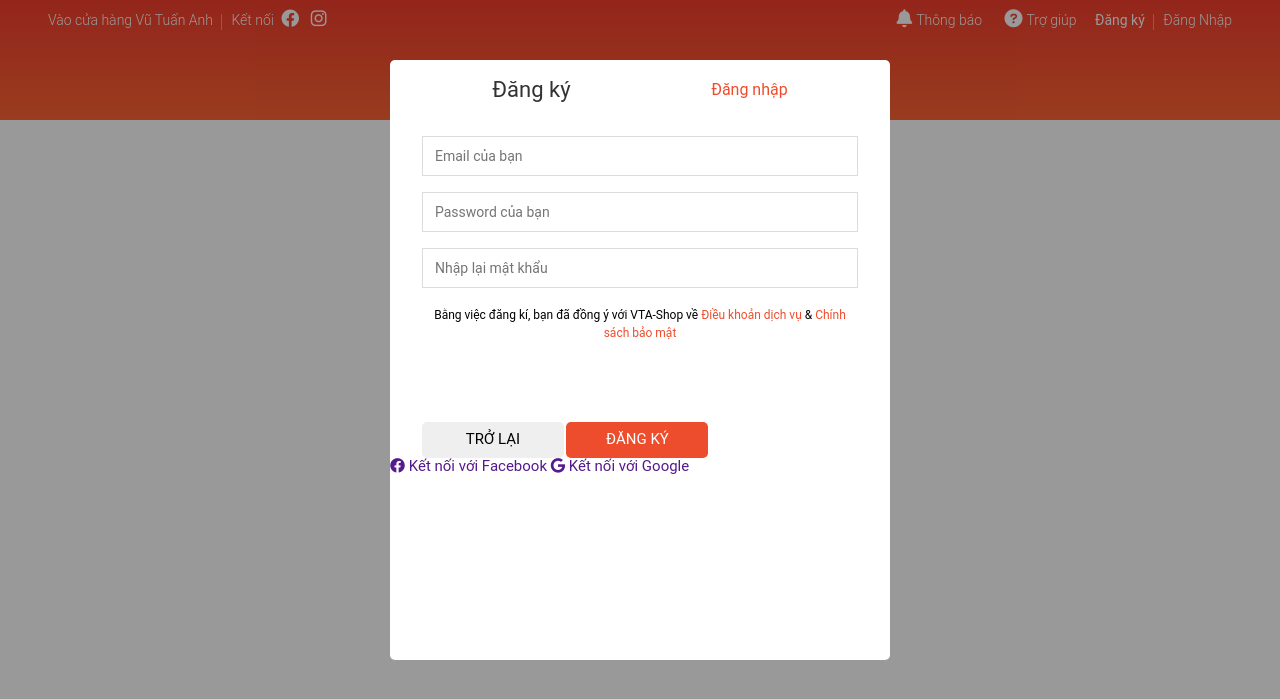
Repository: VuTuanAnh0949/Shopee
Page: index.html
An editor plug-in stored every save of this project. The page is shown before and after the next save, followed by the edit.
The browser window is 1280 px wide. The pictures show the whole page.

Above is the page before, as saved 2022-02-15 09:16:28.

### index.html
<!DOCTYPE html>
<html lang="en">

<head>
    <meta charset="UTF-8" />
    <meta http-equiv="X-UA-Compatible" content="IE=edge" />
    <meta name="viewport" content="width=device-width, initial-scale=1.0" />
    <title>Shopee</title>
    <link rel="stylesheet" href="https://cdnjs.cloudflare.com/ajax/libs/normalize/8.0.1/normalize.min.css" />
    <link rel="stylesheet" href="./assets/css/base.css" />
    <link rel="stylesheet" href="./assets/css/main.css" />
    <link rel="stylesheet" href="./assets/fonts/fontawesome-free-6.0.0-web/css/all.min.css">
    <link rel="stylesheet" href="https://fonts.googleapis.com/css?family-Roboto:300, 400, 500,78
0&display=swap&subset=vietnamese" rel="stylesheet" />

</head>

<body>
    <!-- Block Element Modifier -->
    <div class="app">
        <header class="header">
            <div class="grid">
                <nav class="header__navbar">
                    <ul class="header__navbar-list">
                        <li class="header__navbar-item header__navbar-item--has-qr header__navbar-item--separate">Vào cửa hàng Vũ Tuấn Anh
                            <div class="header__qr">
                                <img src="./assets/img/QR_code.png" alt="QR Code" class="header__qr-img">
                                <div class="header__qr-apps">
                                    <a href="" class="header__qr-link"><img src="./assets/img/Google_Play.png" alt="Google Play" class="header__qr-dowload-img">
                                    </a>
                                    <img src="./assets/img/App_store.png" alt="App Store" class="header__qr-dowload-img">
                                </div>
                            </div>
                        </li>
                        <li class="header__navbar-item">
                            <span class="header__navbar-title--no-pointer">Kết nối</span>
                            <a href="" class="header__navbar-icon-link"><i class="header__navbar-icon fa-brands fa-facebook"></i></a>
                            <a href="" class="header__navbar-icon-link"><i class="header__navbar-icon fa-brands fa-instagram"></i></a>
                        </li>
                    </ul>

                    <ul class="header__navbar-list">
                        <li class="header__navbar-item header__navbar-item--has-notification">
                            <a href="" class="header__navbar-item-link"><i class="header__navbar-icon fa-solid fa-bell"></i>Thông báo</a>
                            <div class="header__notification">
                                <header class="header__notification-header">
                                    <h3>Thông báo mới nhận</h3>
                                </header>
                                <ul class="header__notification-list">
                                    <li class="header__notification-item header__notification-viewed">
                                        <a href="" class="header__notification-link">
                                            <img src="https://cf.shopee.vn/file/a2344384834f0903b232953bf8e1d283_tn" alt="" class="header__notification-img">
                                            <div class="header__notification-info">
                                                <span class="header__notification-name">Bàn Phím cơ chính hãng K400-Đen</span>
                                                <span class="header__notification-descriotion">Bàn phím cơ máy tính gaming K550 Pro full Led 7 chế độ hiệu ứng là mẫu bàn phím phù hợp cho văn phòng và game thủ</span>
                                            </div>
                                        </a>
                                    </li>
                                    <li class="header__notification-item">
                                        <a href="" class="header__notification-link">
                                            <img src="https://cf.shopee.vn/file/fbd0d6cd59ae0c260cbdd8d2bdccbe06_tn" alt="" class="header__notification-img">
                                            <div class="header__notification-info">
                                                <span class="header__notification-name">Bàn phím cơ chính hãng K400-Trắng xanh 1</span>
                                                <span class="header__notification-descriotion">Bàn phím cơ máy tính gaming K550 Pro full Led 7 chế độ hiệu ứng là mẫu bàn phím phù hợp cho văn phòng và game thủ</span>
                                            </div>
                                        </a>
                                    </li>
                                    <li class="header__notification-item ">
                                        <a href="" class="header__notification-link">
                                            <img src="https://cf.shopee.vn/file/26989c24e549299dcfb324055082c553" alt="" class="header__notification-img">
                                            <div class="header__notification-info">
                                                <span class="header__notification-name">Bàn phím cơ chính hãng K400-Trắng xanh 2</span>
                                                <span class="header__notification-descriotion">>Bàn phím cơ máy tính gaming K550 Pro full Led 7 chế độ hiệu ứng là mẫu bàn phím phù hợp cho văn phòng và game thủ</span>
                                            </div>
                                        </a>
                                    </li>
                                </ul>
                                <div class="footer header__notification-footer">
                                    <a href="" class="header__notification-footer-btn">Xem tất cả</a>


                                </div>
                            </div>
                        </li>
                        <li class="header__navbar-item">
                            <a href="" class="header__navbar-item-link"><i class="header__navbar-icon fa-solid fa-circle-question"></i>Trợ giúp</a>
                        </li>
                        <li class="header__navbar-item header__navbar-item--strong header__navbar-item--separate">Đăng ký</li>
                        <li class="header__navbar-item header__navbar-ite--strong"> Đăng Nhập</li>
                    </ul>
                </nav>
            </div>
        </header>
        <div class="container">

        </div>
        <footer class="footer">

        </footer>
    </div>
    <!-- Modal layout -->
    <div class="modal">
        <div class="modal__overlay"></div>

        <div class="modal__body">

            <!-- Authen form -->
            <div class="auth-form">
                <div class="auth-form__container">
                    <div class="auth-form__container"></div>
                    <div class="auth-form__header">
                        <h3 class="auth-form__heading">Đăng ký</h3>
                        <span class="auth-form__switch-btn">Đăng nhập</span>
                    </div>
                    <div class="auth-form__form">
                        <div class="auth-form__group">
                            <input type="text" class="auth-form__input" placeholder="Email của bạn">
                        </div>
                        <div class="auth-form__group">
                            <input type="password" class="auth-form__input" placeholder="Password của bạn">
                        </div>
                        <div class="auth-form__group">
                            <input type="password" class="auth-form__input" placeholder="Nhập lại mật khẩu ">
                        </div>
                    </div>
                    <div class="auth-form__aside">
                        <p class="auth-form__policy-text">
                            Bằng việc đăng kí, bạn đã đồng ý với VTA-Shop về
                            <a href="" class="auth-form__text-link">Điều khoản dịch vụ</a> &
                            <a href="" class="auth-form__text-link">Chính sách bảo mật</a>
                        </p>
                    </div>
                    <div class="auth-form__controls">
                        <button class="btn">TRỞ LẠI</button>
                        <button class="btn btn--primary btn-disabled">ĐĂNG KÝ</button>
                    </div>
                </div>
                <div class="auth-form__socials">
                    <a href="" class="btn btn--with-icon">
                        <i class="fa-brands fa-facebook"></i> Kết nối với Facebook
                    </a>
                    <a href="" class="btn btn--with-icon">
                        <i class="fa-brands fa-google"></i> Kết nối với Google
                    </a>
                </div>
            </div>
        </div>
    </div>
</body>

</html>

### assets/css/base.css
:root {
  --primary-color:#EE4D2D;
  --white-color: #fff;
  --black-color: #000;
  --text-color: #333;
  --border-color:#dbdbdb;
}
* {
  box-sizing: inherit;
}
html {
  font-size: 62.5%;
  line-height: 1.6rem;
  font-family: "Roboto", sans-serif;
  box-sizing: border-box;
}
.grid {
  width: 1200px;
  max-width: 100%;
  margin: 0 auto;
}
.grid__full-width {
  width: 100%;
}
.grid__row {
  display: flex;
  flex-wrap: wrap;
}
/* Animation */
@keyframes fadeIn{
  from{
    opacity: 0;
  }to{
    opacity: 1;
  }
}
/* Modal */
.modal{
  position: fixed;
  top: 0;
  right: 0;
  bottom: 0;
  left: 0;
  display: flex;
}
.modal__overlay{
  position: absolute;
  width: 100%;
  height: 100%;
  background-color: rgba(0,0,0,0.4);
}
.modal__body{
  width: 500px;
  height: 600px;
  background-color: var(--white-color);
  border-radius: 5px;
  margin: auto;
  position: relative;
  z-index: 1;  /* để cho modal nổi lên */
}
/* Button style */
.btn{
  min-width: 142px;
  height: 36px;
  text-decoration: none;
  border:none ;
  border-radius: 5px;
  font-size: 1.5rem;
  padding:0;
  outline: none;
  cursor: pointer;
}
/* .. dùng để css 1 element có 2 class */
.btn.btn--primary{
  color: var(--white-color);
  background-color: var(--primary-color);
  }
.btn.btn--primary{
cursor: default;
}
.btn.btn-disabled{
  cursor: default;
  filter: brightness();
}

### assets/css/main.css
.header{
height: 120px;
background-image:linear-gradient(0, #fe6433, #f53e2d) ;
}
.header__navbar{
  display: flex;
  justify-content: space-between;
}
.header__navbar-list{
list-style: none;
padding-left: 0;
margin-top: 9px;
}
.header__navbar-item{
  margin: 0 8px;
  position: relative;
  min-height: 26px;
}
.header__navbar-item--has-qr:hover .header__qr{
  display: block;
}
.header__navbar-item--has-notification:hover .header__notification{
  display: block;
}
.header__navbar-item,
.header__navbar-item-link{
  display:inline-block;
  font-size: 1.4rem;
  color:var(--white-color);
  text-decoration: none;
  font-weight: 300;
}
.header__navbar-item,
.header__navbar-item-link,
.header__navbar-icon-link{
/*   display: flex; */
  align-items: center;
}
.header__qr::before{
  position: absolute;
  left: 0;
  top: -16px;
  width: 100%;
  height: 20px;
  content: "";
  display: block;

}
.header__navbar-item:hover,
.header__navbar-icon-link:hover,
.header__navbar-item-link:hover{
  cursor: pointer;
  color: rgba(255,255,255,0.7);
}
.header__navbar-item--strong{
  font-weight: 400;
}
.header__navbar-item--separate::after{
  content: "";
  display: block;
  position: absolute;
border-left: 1px solid #FB9086;
height: 16px;
right: -9px;
top: 37%;
transform: translateY(-50%);
}
.header__navbar-icon-link{
  color: var(--white-color);
  text-decoration: none;
}
.header__navbar-icon{
  font-size: 1.8rem;
  margin: 0 4px;
}
.header__navbar-title--no-pointer{
  cursor: text;
  color: var(--white-color);
  text-decoration: none;
}
/* Header QR code */
.header__qr{
  width: 180px;
background-color: var(--white-color);
position: absolute;
left: 0;
top: 100%;
padding: 8px;
border-radius: 5px;
display: none;
animation: fadeIn ease-in 0.3s;
}
.header__qr-img{
width: 100%;
}
.header__qr-apps{
display: flex;
justify-content: space-between;
}
.header__qr-link:nth-child(1){
  margin-left: 11px;
}
.header__qr-link:nth-child(2){
  margin-right: 15px;
}
.header__qr-dowload-img{
  height: 16px;
}
/* header__notification */
.header__notification{
position: absolute ;
top: 27px;
right: 0;
width: 404px;
background-color: var(--white-color);
border-radius: 5px;
border: 1px solid #D3D3D3;
cursor: default;
transform-origin:90% top;
animation:  headerNotificationGrowth ease-in 0.2s;
will-change: opacity, transform;
display: none;
}
.header__notification::before{
content: "";
border-width:20px 30px ;
border-style: solid;
/* Tạo một lớp giá */
border-color:transparent transparent var(--white-color) transparent;
position: absolute;
right: 6px;
top: -30px;
}
/* Giúp di chuột vào quả chuông cạnh nút thông báo không bị mất list thông báo */
.header__notification::after{
  content: "";
  display: block;
  position: absolute;
  height: 20px;
  width: 90px;
  top: -16px;
  right: 0;
 }
@keyframes headerNotificationGrowth{
  from{
    opacity: 0;
    transform: scale(0);
  }to{
    opacity: 1;
    transform: scale(1);
  }
}
.header__notification-header{
  height: 40px;
  background-color: var(--white-color);
  border-radius: 5px;
}
.header__notification-header h3{
  color: #999;
  margin: 0 0 0 12px;
  width: 400;
  font-size: 1.4rem;
  line-height: 40px;
  user-select: none;  /* không cho coppy */
}
.header__notification-list{
padding-left: 0;
}
.header__notification-item{
display: flex;

}
.header__notification-item:hover{
  background-color: #f7f7f7
}
.header__notification-viewed{
  background-color: rgba(238,75,43,0.08);

}
.header__notification-link{
  display: flex;
  width: 100%;
  padding: 12px;
  text-decoration: none;
}
.header__notification-img{
width: 48px;
object-fit: contain;
}
.header__notification-info{
margin-left: 12px;
}
.header__notification-name{
display: block;
font-size: 1.4rem;
color: var(--text-color);
font-weight: 400px;
line-height: 1.8rem;
}
.header__notification-descriotion{
display: block;
font-size: 1.2rem;
line-height: 1.6rem;
color: #765F6E;
margin-top: 4px;
}
.header__notification-footer{
 display: flex;
}
.header__notification-footer-btn{
  text-decoration: none;
  color:var(--text-color);
  width: 100%;
  padding: 8px 0;
  margin: auto;
  font-size: 1.4rem;
  font-weight: 400;
  text-align: center;
}
/* Authen modal */
.auth-form{
  width: 500px;
}
.auth-form__container{
  padding: 0 32px;
}
.auth-form__header{
  display: flex;
  align-items: center;
  justify-content: space-around;
}
.auth-form__heading{
  font-size: 2.2rem;
  font-weight:400;
  color: var(--text-color);
}
.auth-form__switch-btn{
  font-size: 1.6rem;
  font-weight:400;
  color: var(--primary-color);
  cursor: pointer;
}
.auth-form__form{
}
.auth-form__input{
  width: 100%;
  height: 40px;
  margin-top: 16px;
  padding: 0 12px;
  font-size: 1.4rem;
  border: 1px solid var(--border-color);
  outline: none;
}
/*Dí chuột vào ô input => ô input nháy chuột  */
.auth-form__input:focus{
border-color: #777;
}
.auth-form__aside{
  margin-top: 18px;
}
.auth-form__policy-text{
  font-size: 1.2rem;
  line-height: 1.8rem;
  text-align: center;
  padding: 0 3px;
}
.auth-form__text-link{
  color: var(--primary-color);
  text-decoration: none;
}
.auth-form__controls{
  margin-top: 80px;
}

Loaded but not shown: assets/fonts/fontawesome-free-6.0.0-web/css/all.min.css (library)

After the next save:
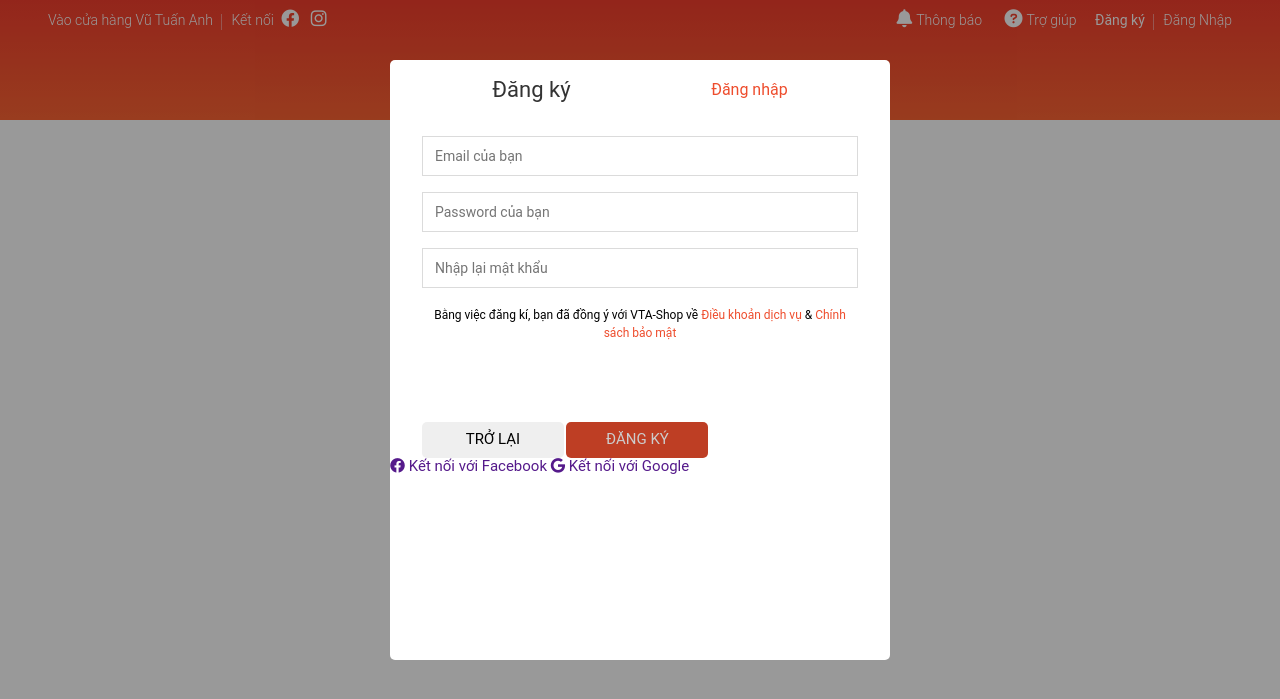
Saved 67 s later.
--- a/assets/css/base.css
+++ b/assets/css/base.css
@@ -80,5 +80,5 @@ cursor: default;
 }
 .btn.btn-disabled{
   cursor: default;
-  filter: brightness();
+  filter: brightness(80%);
 }
